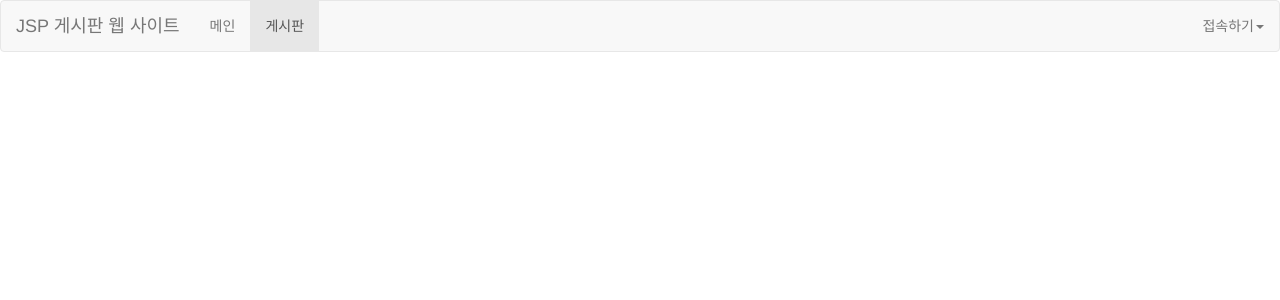
Repository: hseob04/jsp_bbs
Page: http://localhost/BBS/bbs.jsp
These files come from the project's save history. The page is drawn as it stood at one moment and after the next save; the edit follows.
The browser window is 1280 px wide. The pictures show the whole page.
Some web libraries are served in a nearby version. The page is served by Tomcat 9.

Above is the page before, as saved 2021-03-22 14:25:55.

After the next save:
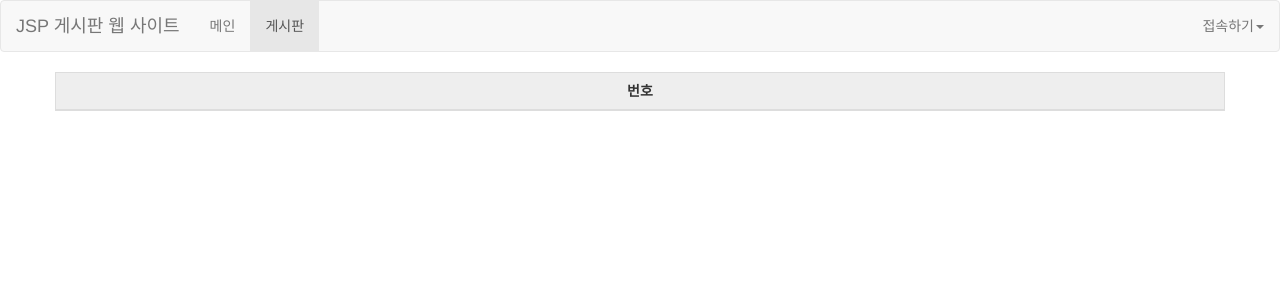
Saved 65 s later.
--- a/JSP/projects/BBS/src/main/webapp/bbs.jsp
+++ b/JSP/projects/BBS/src/main/webapp/bbs.jsp
@@ -75,7 +75,13 @@
 	</nav>
 	<div class="container">
 		<div class="row">
-			<table class="table table-striped" style="text-align: center; border: 1px solid #dddddd"></table>
+			<table class="table table-striped" style="text-align: center; border: 1px solid #dddddd">
+				<thead>
+					<tr>
+						<th style="background-color: #eeeeee; text-align: center;">번호</th>
+					</tr>
+				</thead>
+			</table>
 		</div>
 	</div>
 	<script src="https://code.jquery.com/jquery-3.1.1.min.js"></script>
